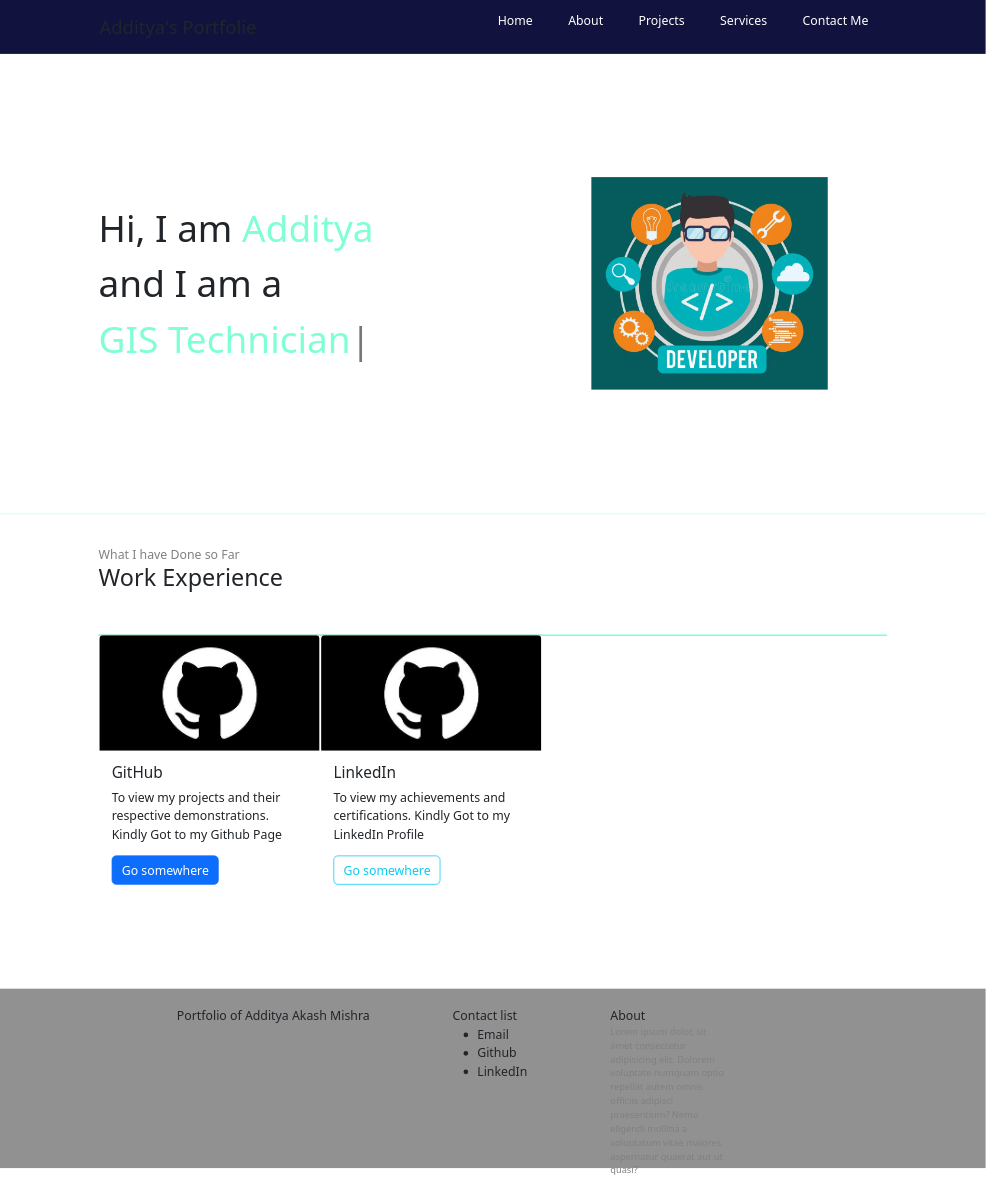
Repository: VictoriousMango/Portfolio
Page: index.html
An editor plug-in stored every save of this project. The page is shown before and after the next save, followed by the edit.
The browser window is 1280 px wide. The pictures show the whole page, at 77% of full size.

Above is the page before, as saved 2023-09-25 10:40:53.

### index.html
<!DOCTYPE html>
<html lang="en">

<head>
    <meta charset="UTF-8">
    <meta name="viewport" content="width=device-width, initial-scale=1.0">
    <title>Additya - Developer Portfolio</title>
    <style>
        * {
            margin: 0;
            padding: 0;
        }

        body {
            background-color: rgb(0, 0, 33);
            color: white;
            font-family: 'Poppins', sans-serif;
        }

        nav {
            display: flex;
            justify-content: space-around;
            align-items: center;
            height: 70px;
            width: auto;
            background-color: rgb(18, 18, 62);
        }

        nav ul {
            display: flex;
            justify-content: center;
        }

        nav ul li {
            list-style: none;
            margin: 0 23px;
        }

        nav ul li a {
            text-decoration: none;
            color: white;
        }

        nav ul li a:hover {
            color: rgb(153, 153, 226);
            font-size: 1.05rem;
        }

        main hr {
            border: 0;
            background: aquamarine;
            height: 1.2px;
            margin: 40px auto;
            opacity: 0.25;
        }

        text-gray {
            color: gray;
        }

        .left {
            font-size: 1.5rem;
        }

        .firstSection {
            display: flex;
            justify-content: space-around;
            align-items: center;
            margin: 110px 0;

        }

        .firstSection>div {
            width: 30%;
        }

        .secondSection {
            max-width: 80vw;
            margin: auto;
            height: 80vh;
        }

        .secondSection h1 {
            font-size: 1.9rem;
        }

        .secondSection .box {
            background: aquamarine;
            width: 80vw;
            height: 2px;
            margin: 56px 0;
            display: flex;
        }

        .secondSection .vertical {
            height: 93px;
            width: 1px;
            background-color: white;
            margin: 0 100px;
        }

        .vertical-title {
            position: relative;
            width: 23px;
            top: 71px;

        }

        .vertical-desc {
            position: relative;
            top: 86px;
            color: gray;
            width: 150px;
            font-size: 9px;
        }

        .image-top {
            width: 23px;
            position: relative;
            top: -32px;
            left: -9px;
        }

        .leftSection {
            font-size: 3rem;
        }

        /* .rightSection{
            background-color: red;
        } */
        .rightSection img {
            width: 80%;
            margin: 50px 0;
        }

        .purple {
            color: aquamarine;
        }

        .text-gray {
            color: grey;
        }
        footer{
            background-color: rgba(0, 0, 0, 0.432);
            height: 233px;
            opacity: 1;
        }
        .footer{
            display: flex;
            padding: 23px 122px;
            justify-content: space-evenly;
        }
        .footer > div {
            width: auto;
        }
        .about{
            position: relative;
            color: gray;
            width: 150px;
            font-size: 12px;
        }
        #element {
            color: aquamarine;
        }
    </style>
    <link href="https://cdn.jsdelivr.net/npm/bootstrap@5.3.2/dist/css/bootstrap.min.css" rel="stylesheet" integrity="sha384-T3c6CoIi6uLrA9TneNEoa7RxnatzjcDSCmG1MXxSR1GAsXEV/Dwwykc2MPK8M2HN" crossorigin="anonymous">
    <script src="https://cdn.jsdelivr.net/npm/@popperjs/core@2.11.8/dist/umd/popper.min.js" integrity="sha384-I7E8VVD/ismYTF4hNIPjVp/Zjvgyol6VFvRkX/vR+Vc4jQkC+hVqc2pM8ODewa9r" crossorigin="anonymous"></script>
    <script src="https://cdn.jsdelivr.net/npm/bootstrap@5.3.2/dist/js/bootstrap.min.js" integrity="sha384-BBtl+eGJRgqQAUMxJ7pMwbEyER4l1g+O15P+16Ep7Q9Q+zqX6gSbd85u4mG4QzX+" crossorigin="anonymous"></script>
</head>

<body>
    <header>
        <nav>
            <div class="left">Additya's Portfolie</div>
            <div class="right">
                <ul>
                    <li><a href="/">Home</a></li>
                    <li><a href="/">About</a></li>
                    <li><a href="/">Projects</a></li>
                    <li><a href="/">Services</a></li>
                    <li><a href="/">Contact Me</a></li>
                </ul>
            </div>
        </nav>
    </header>

    <main>
        <section class="firstSection">
            <div class="leftSection">
                Hi, I am <span class="purple">Additya</span>
                <div>and I am a</div>
                <span id="element"></span>
            </div>
            <div class="rightSection"><img src="Web Dev.webp" alt=""></div>
        </section>
        <hr>
        <section class="secondSection">
            <span class="text-gray">What I have Done so Far</span>
            <h1>Work Experience</h1>
            <div class="box">
                    <div class="card" style="width: 18rem;">
                        <img src="Github.jpeg" class="card-img-top" alt="...">
                        <div class="card-body">
                          <h5 class="card-title">GitHub</h5>
                          <p class="card-text">To view my projects and their respective demonstrations. Kindly Got to my Github Page</p>
                          <a href="https://github.com/VictoriousMango" class="btn btn-primary">Go somewhere</a>
                        </div>
                    </div>
                    <div class="card" style="width: 18rem;">
                        <img src="Github.jpeg" class="card-img-top" alt="...">
                        <div class="card-body">
                          <h5 class="card-title">LinkedIn</h5>
                          <p class="card-text">To view my achievements and certifications. Kindly Got to my LinkedIn Profile</p>
                          <a href="https://github.com/VictoriousMango" class="btn btn-outline-info">Go somewhere</a>
                        </div>
                    </div>
            </div>


    </main>

    <footer>
        <div class="footer">

            <div class="footer-first">
                Portfolio of Additya Akash Mishra

            </div>
            <div class="footer-second">
                Contact list
                <ul>
                    <li>Email</li>
                    <li>Github</li>
                    <li>LinkedIn</li>
                </ul>
            </div>
            <div class="footer-third">
                About
                <div class="about">
                    Lorem ipsum dolor, sit amet consectetur adipisicing elit. Dolorem voluptate numquam optio repellat autem omnis officiis adipisci praesentium? Nemo eligendi mollitia a voluptatum vitae maiores aspernatur quaerat aut ut quasi?
                </div>
            </div>
            <div class="footer-fourth"></div>
        </div>
    </footer>

    <script src="https://unpkg.com/typed.js@2.0.16/dist/typed.umd.js"></script>
    <script>
        var typed = new Typed('#element', {
            strings: ['Web Developer', 'GIS Technician', 'Spatial Data Scientist'],
            typeSpeed: 50,
            loop: true,
            backSpeed: 25,
            backDelay: 2000
        });
    </script>
</body>

</html>

After the next save:
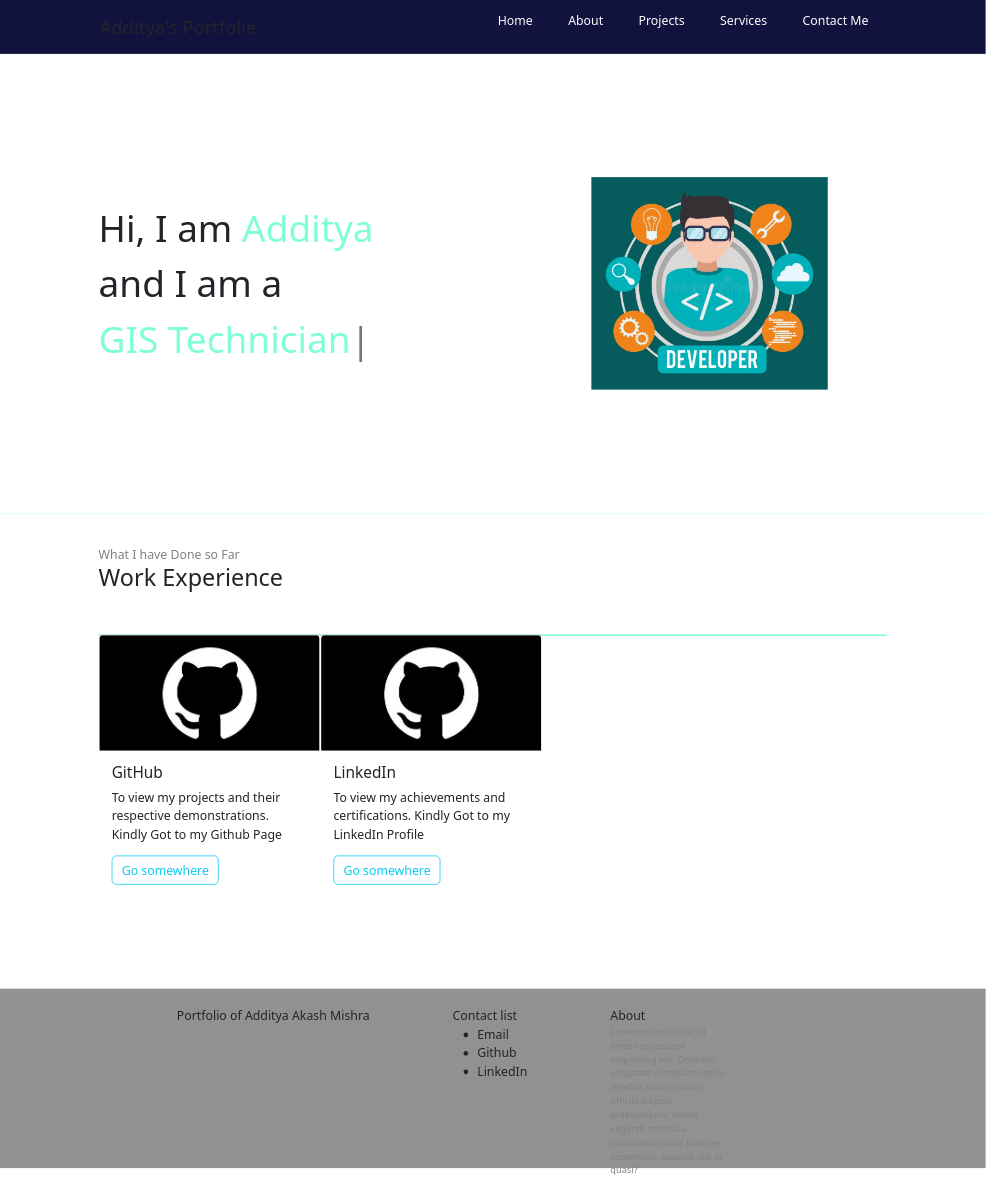
Saved 9 s later.
--- a/index.html
+++ b/index.html
@@ -203,7 +203,7 @@
                         <div class="card-body">
                           <h5 class="card-title">GitHub</h5>
                           <p class="card-text">To view my projects and their respective demonstrations. Kindly Got to my Github Page</p>
-                          <a href="https://github.com/VictoriousMango" class="btn btn-primary">Go somewhere</a>
+                          <a href="https://github.com/VictoriousMango" class="btn btn-outline-info">Go somewhere</a>
                         </div>
                     </div>
                     <div class="card" style="width: 18rem;">
